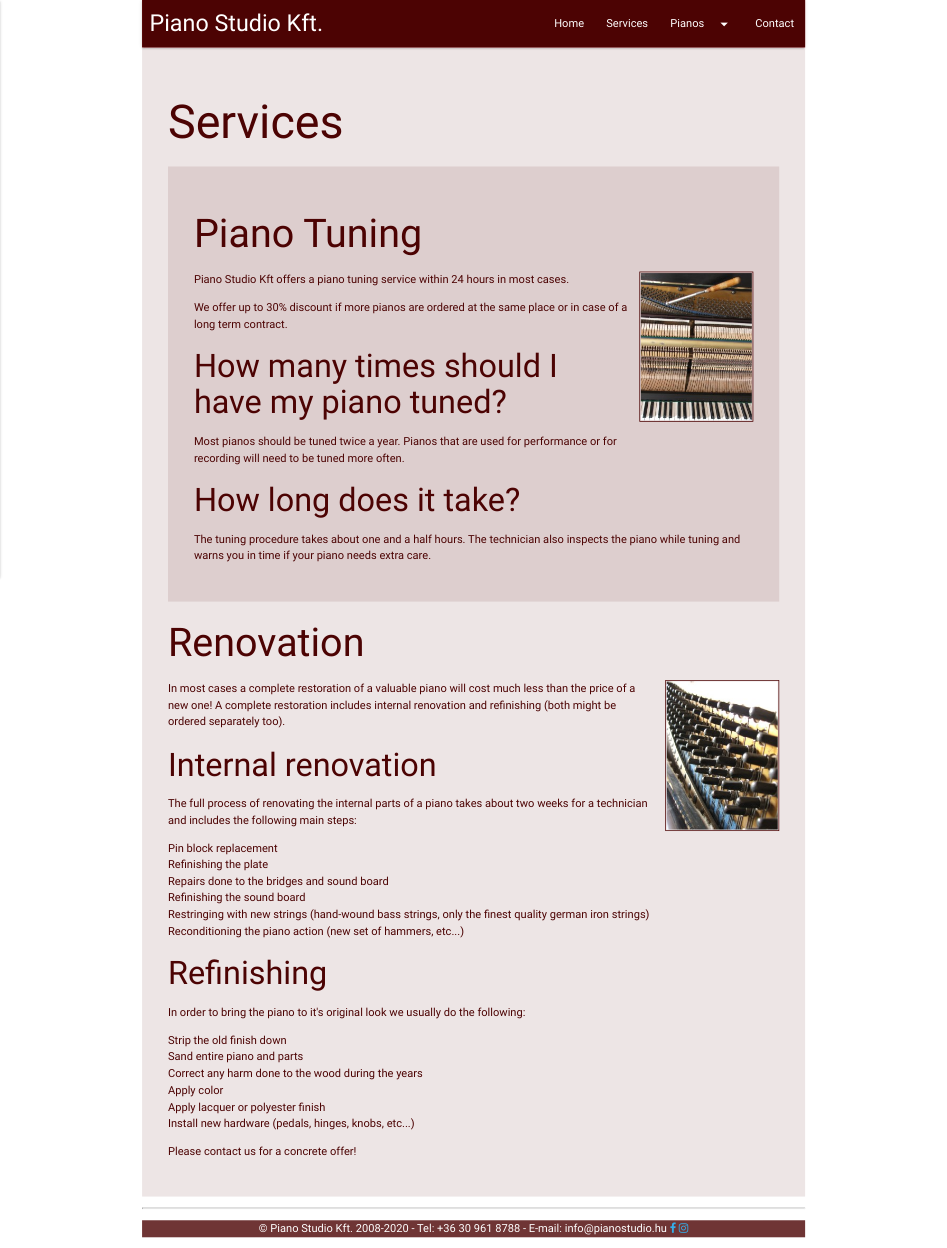
Repository: badiattila/pianostudioheroku
Page: http://localhost/services
The author's editor kept a record of every edit. The page is drawn from the files as they stood at one moment, then again after the next edit.
The browser window is 1280 px wide. The pictures show the whole page, at 74% of full size.
Some web libraries are served in a nearby version. The page is served by the project's application, run on Flask 3 (app.py).

Above is the page before.

### templates/services.html
{% extends 'base.html' %} {% block content %}

<!-- Services -->
<div class="op" id="services">
    <h1>Services</h1>
    <p></p>

    <div>
        <div class="op" id="tuning">
            <h2 id="tuning">Piano Tuning</h2>
            <img class="right-teaser" src="{{url_for('static', filename='pictures/hangolas.jpg')}}" alt="Piano Tuning" />
            <p>Piano Studio Kft offers a piano tuning service within 24 hours in most cases.</p>

            <p>We offer up to 30% discount if more pianos are ordered at the same place or in case of a long term contract.</p>

            <h3>How many times should I have my piano tuned?</h3>
            <p>Most pianos should be tuned twice a year. Pianos that are used for performance or for recording will need to be tuned more often.</p>

            <h3>How long does it take?</h3>
            <p>The tuning procedure takes about one and a half hours. The technician also inspects the piano while tuning and warns you in time if your piano needs extra care.</p>
        </div>
        <div>
            <h2 id="renovation">Renovation</h2>
            <img class="right-teaser" src="{{url_for('static', filename='pictures/pins.jpg')}}" alt="Piano Pins" />
            <p>In most cases a complete restoration of a valuable piano will cost much less than the price of a new one! A complete restoration includes internal renovation and refinishing (both might be ordered separately too).</p>

            <h3>Internal renovation</h3>
            <p>The full process of renovating the internal parts of a piano takes about two weeks for a technician and includes the following main steps:</p>
            <ul>
                <li>Pin block replacement</li>
                <li>Refinishing the plate</li>
                <li>Repairs done to the bridges and sound board</li>
                <li>Refinishing the sound board</li>
                <li>Restringing with new strings (hand-wound bass strings, only the finest quality german iron strings)</li>
                <li>Reconditioning the piano action (new set of hammers, etc...)</li>
            </ul>
            <h3>Refinishing</h3>
            <p>In order to bring the piano to it's original look we usually do the following:</p>
            <ul>
                <li>Strip the old finish down</li>
                <li>Sand entire piano and parts</li>
                <li>Correct any harm done to the wood during the years</li>
                <li>Apply color</li>
                <li>Apply lacquer or polyester finish</li>
                <li>Install new hardware (pedals, hinges, knobs, etc...)</li>
            </ul>
            <p>Please contact us for a concrete offer!</p>
        </div>
    </div>
</div>
<hr> {% endblock %}

### templates/base.html
<!DOCTYPE html>

<html lang="en">

<head>

    <!-- Meta tags -->
    <meta charset="utf-8">
    <!-- Font awsome -->
    <link rel="stylesheet" href="https://maxcdn.bootstrapcdn.com/font-awesome/4.7.0/css/font-awesome.min.css" type="text/css" />
    <!-- Hover -->
    <link rel="stylesheet" href="https://cdnjs.cloudflare.com/ajax/libs/hover.css/2.1.1/css/hover-min.css" type="text/css" />
    <!-- Material icons by Google -->
    <link href="https://fonts.googleapis.com/icon?family=Material+Icons" rel="stylesheet">
    <!-- Compiled and minified materialize CSS -->
    <link rel="stylesheet" href="https://cdnjs.cloudflare.com/ajax/libs/materialize/0.100.2/css/materialize.min.css">
    <!-- Specific Css for this website -->
    <link rel="stylesheet" href="{{url_for('static', filename='css/style.css')}}" type="text/css" />

    <title>Piano Studio Kft. - Services - </title>
    <link href="{{url_for('static', filename='pictures/favicon.ico')}}" rel="shortcut icon" type="image/x-icon" />
    <meta name="description" content="Piano rental, tuning and repair - Piano Studio Kft." />
    <meta name="keywords" content="Piano rental,piano tuning,piano repair,piano studio" />
    <meta name="copyright" content="Piano Studio Kft." />
    <meta name="author" content="Attila Badi/Piano Studio Kft." />
    <meta name="email" content="info@pianostudio.hu" /> {% block head %} {% endblock %}


</head>

<body>
    <div class="container">
        <header>
            <ul id="dropdown2" class="dropdown-content">
                <li><a href="{{url_for('pianos_for_sale')}}">Sale</a></li>
                <li><a href="{{url_for('createadd')}}">Create Add</a></li>
            </ul>
            <nav>
                <div class="nav-wrapper redbg">
                    <a href="{{url_for('index')}}" class="brand-logo">Piano Studio Kft.</a>
                    <a href="#" data-activates="mobile-demo" class="button-collapse"><i class="material-icons">menu</i></a>
                    <ul id="nav-mobile" class="right hide-on-med-and-down">
                        <li><a href="{{url_for('index')}}">Home</a></li>
                        <li><a href="{{url_for('services')}}">Services</a></li>
                        <!-- Dropdown Trigger -->
                        <li><a class="dropdown-trigger" href="#!" data-target="dropdown2">Pianos<i class="material-icons right">arrow_drop_down</i></a></li>

                        <li><a href="{{url_for('contact')}}">Contact</a></li>
                    </ul>
                    <ul class="side-nav" id="mobile-demo">
                        <li><a href="{{url_for('index')}}">Home</a></li>
                        <li><a href="{{url_for('services')}}">Services</a></li>
                        <li><a href="{{url_for('pianos_for_sale')}}">Sale</a></li>
                        <li><a href="{{url_for('createadd')}}">Create Add</a></li>
                        <li><a href="{{url_for('contact')}}">Contact</a></li>
                    </ul>
                </div>
            </nav>

        </header>
        {% block content %} {% endblock %}

        <footer class="footer redbg">
            <p>&copy; Piano Studio Kft. 2008-2020 - Tel: +36 30 961 8788 - E-mail: info@pianostudio.hu
                <a target="_blank" href="https://www.facebook.com/zongoraterem"><i class="fa fa-facebook" aria-hidden="true"></i></a>
                <a target="_blank" href="https://www.instagram.com/pianostudiokft"><i class="fa fa-instagram" aria-hidden="true"></i></a>
            </p>
        </footer>
    </div>

    <script src="https://code.jquery.com/jquery-3.4.1.min.js" integrity="sha256-CSXorXvZcTkaix6Yvo6HppcZGetbYMGWSFlBw8HfCJo=" crossorigin="anonymous"></script>
    <script src="https://cdnjs.cloudflare.com/ajax/libs/materialize/0.100.2/js/materialize.min.js"></script>

    <script>
        $(document).ready(function() {
            $('.modal').modal();
            $('.dropdown-trigger').dropdown();
            $('.collapsible').collapsible();
            $('select').material_select();
            $('.button-collapse').sideNav();
        });
    </script>

</body>

</html>

### app.py
import os
from flask import Flask, render_template, redirect, request, url_for
from flask_pymongo import PyMongo
from bson.objectid import ObjectId
from flask_mail import Mail, Message

app = Flask(__name__)

app.config["MONGO_DBNAME"] = 'piano_studio'
app.config["MONGO_URI"] = 'mongodb://attilabadi:K00nK00n1234@mycodeinstitutecluster-shard-00-00-wpsfr.mongodb.net:27017,mycodeinstitutecluster-shard-00-01-wpsfr.mongodb.net:27017,mycodeinstitutecluster-shard-00-02-wpsfr.mongodb.net:27017/piano_studio?ssl=true&replicaSet=MyCodeInstituteCluster-shard-0&authSource=admin&retryWrites=true&w=majority'
mongo = PyMongo(app)

app.config.update(
	DEBUG=True,
	#EMAIL SETTINGS
	MAIL_SERVER='mail.pianostudio.hu',
	MAIL_PORT=465,
	MAIL_USE_SSL=True,
	MAIL_USERNAME = 'contact@pianostudio.hu',
	MAIL_PASSWORD = os.environ.get('SMTPPW')
	)
mail = Mail(app)

@app.route('/')
@app.route('/index')
def index():
        return render_template("index.html")

@app.route('/contact')
def contact():
        return render_template("contact.html")

@app.route('/services')
def services():
        return render_template("services.html")

@app.route('/pianos_for_sale')
def pianos_for_sale():
        return render_template("pianos_for_sale.html", pianos=mongo.db.pianos_4_sale.find(), images=mongo.db.pianos_4_sale.find())

@app.route('/createadd')
def createadd():
        return render_template("create_add.html")

@app.route('/insert_add', methods=['POST'])
def insert_add():
        file_id = mongo.save_file(request.files['picture'].filename, request.files['picture'])
        mongo.db.pianos_4_sale.insert({
            'brand': request.form.get('brand') ,
            'description' : request.form.get('description') ,
            'age' : request.form.get('age') ,
            'price' : request.form.get('price') ,
            'file_name' : request.files['picture'].filename})
        return redirect(url_for('pianos_for_sale'))

@app.route('/file/<file_name>')
def file(file_name):
    return mongo.send_file(file_name)

@app.route('/delete_piano/<piano_id>')
def delete_piano(piano_id):
    mongo.db.pianos_4_sale.remove({'_id': ObjectId(piano_id)})
    return redirect(url_for('pianos_for_sale'))

@app.route('/edit_piano/<piano_id>')
def edit_piano(piano_id):
    return render_template('edit_piano.html', piano=mongo.db.pianos_4_sale.find_one({"_id": ObjectId(piano_id)}))


@app.route('/update_piano/<piano_id>', methods=['POST'])
def update_piano(piano_id):
    file_id = mongo.save_file(request.files['picture'].filename, request.files['picture'])
    mongo.db.pianos_4_sale.update( {'_id': ObjectId(piano_id)},
    {
            'brand': request.form.get('brand') ,
            'description' : request.form.get('description') ,
            'age' : request.form.get('age') ,
            'price' : request.form.get('price') ,
            'file_name' : request.files['picture'].filename
    })
    return redirect(url_for('pianos_for_sale'))

@app.route('/send_mail/', methods=['POST'])
def send_mail():
	try:
		msg = Message("Contact form mail from pianostudio",
		  sender=request.form.get('user_email'),
		  recipients=["attila.badi@gmail.com"])
		msg.body = request.form.get('message')
		mail.send(msg)
		return 'Mail sent!'
	except:
		return "Something went wrong"

if __name__ == '__main__':
    app.run(host=os.environ.get('IP'),
        port=int(os.environ.get('PORT')),
        debug=True)

### static/css/style.css
.left {
  float: left;
}

.right {
  float: right;
}

/* Picture formatting for gallery and teaser pictures */

.right-teaser {
  padding: 1px;
  border: 1px solid #4c0303;
  float: right;
  margin: 0 0 1em 1em;
  width: 12vw;
}

.galery-pic {
  padding: 1px;
  border: 1px solid #4c0303;
  margin: 0 0 1em 1em;
  width: 12vw;
}

.btn_small {
  height: 24px;
  width: 60px;
  line-height: 24px;
  margin: 5px 5px;
  padding: 0 0.5em;
}

.btn_mid {
  height: 24px;
  width: 120px;
  line-height: 24px;
  margin: 5px 5px;
  padding: 0 0.5em;
}

.footer {
  color: white;
  opacity: 0.8;
  filter: alpha(opacity=80);
  text-align: center;
}

.redbg {
  background-color: #4c0303;
}

.nav-wrapper {
  padding-left: 10px;
}

/* Opacity classes for different elements */

.op {
  background: rgba(76, 3, 3, 0.1);
  /*background with 30% opacity */
  color: rgba(76, 3, 3);
  padding: 35px;
  margin-bottom: 15px;
}

.dropdown-content {
  width: max-content !important;
  height: auto !important;
}

/* ID based background behaviour */
#intro {
    background-attachment: scroll;
    background-image: url('../pictures/4k-wallpaper-close-up-fingers-1246437.jpg');
    background-position: center;
    background-size: cover;
    width: 100vw;
    background-repeat: no-repeat;
    position: relative;
}

After the next edit:
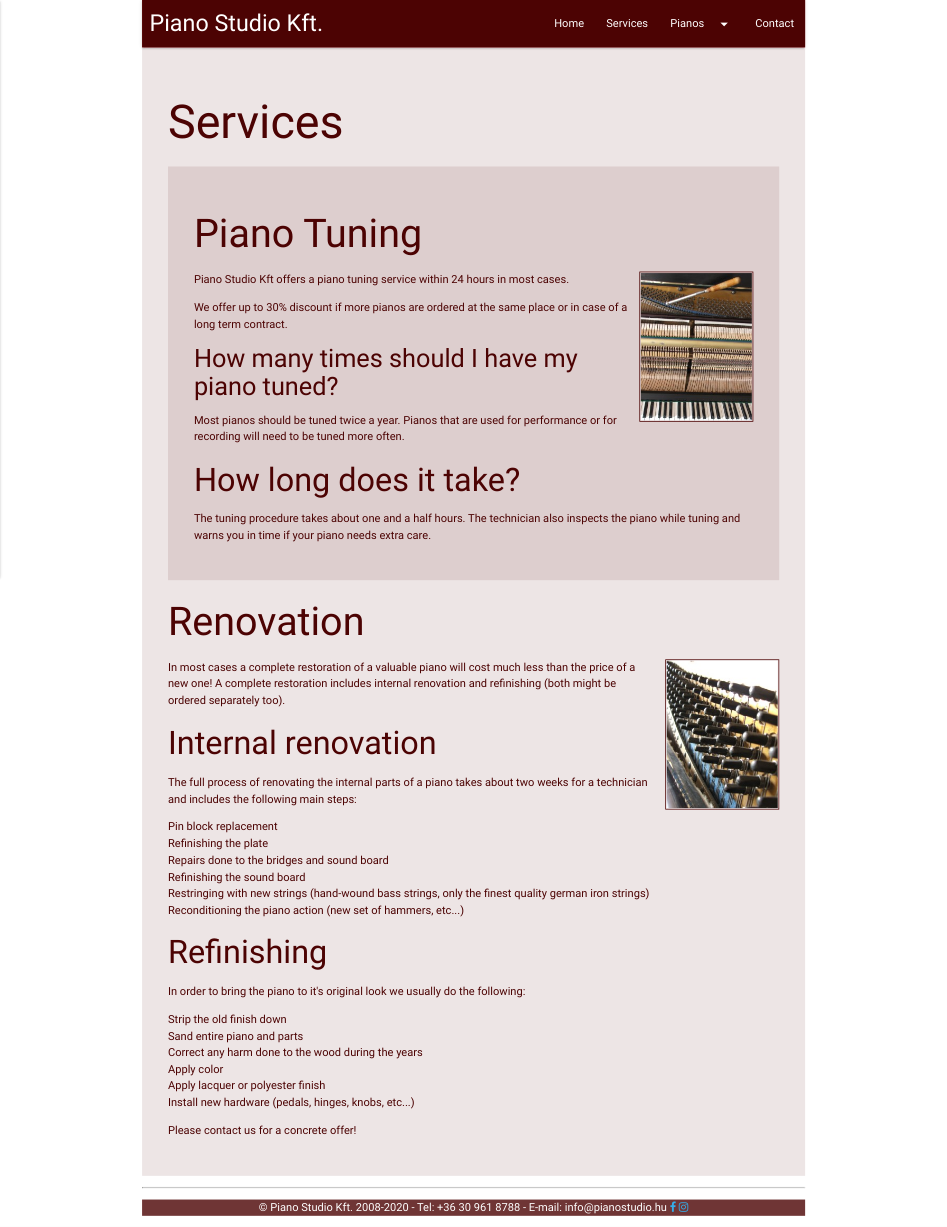
The edit:
--- a/templates/services.html
+++ b/templates/services.html
@@ -13,7 +13,7 @@
 
             <p>We offer up to 30% discount if more pianos are ordered at the same place or in case of a long term contract.</p>
 
-            <h3>How many times should I have my piano tuned?</h3>
+            <h4>How many times should I have my piano tuned?</h3>
             <p>Most pianos should be tuned twice a year. Pianos that are used for performance or for recording will need to be tuned more often.</p>
 
             <h3>How long does it take?</h3>
